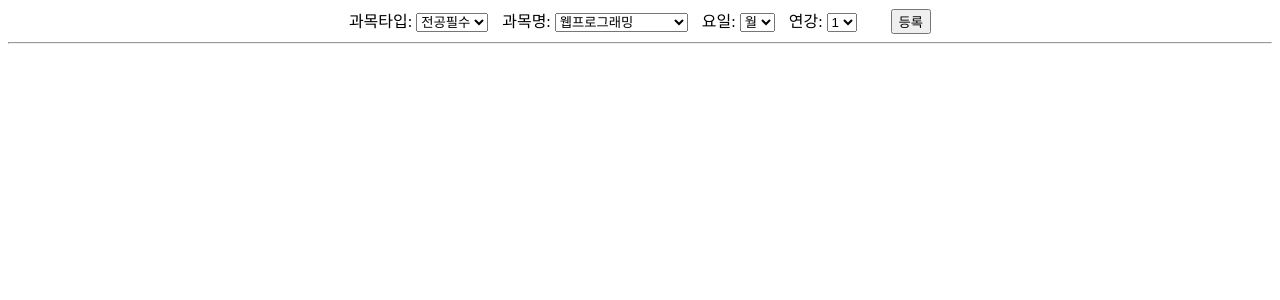
Repository: jpg723/Assignment
Page: http://localhost/LAB10/LAB10_3/LAB10_3.jsp
The author's editor kept a copy of each file at every save. The page is drawn from the files as they stood at one save, then again after the next save.
The browser window is 1280 px wide. The pictures show the whole page.
The page is served by Tomcat 9.

Above is the page before, as saved 2021-11-15 07:36:23.

### 웹프로그래밍/LAB10/src/main/webapp/LAB10_3/LAB10_3.jsp
<%@ page language="java" contentType="text/html; charset=UTF-8"
    pageEncoding="UTF-8"%>
<%@ page import="java.util.ArrayList" %>
<% request.setCharacterEncoding("UTF-8"); %>
<!DOCTYPE html>
<html>
<head>
<meta charset="UTF-8">
<title>시간표 작성</title>
</head>
<style>
	div{
		text-align:center;
	}
	ol {
		display: inline-block;
	}
	input {
		margin-left: 20px;
	}
	select {
		margin-right: 10px;
	}
</style>
<body>
<%
	String[] typeNames = {"전공필수", "전공선택", "교양", "자유선택"};
	String[] titleNames = {"웹프로그래밍", "운영체제", "객체지향프로그래밍", "데이터베이스개론", "자료구조", "네트워크", "창의와감성", "사회봉사"};
	String[] days={"월", "화", "수", "목", "금"};

	out.println("<div>");
	out.println("<form name='form1' method='POST' action='LAB10_3.jsp'>");
	out.println("과목타입: " + "<select name='lectureType'>");

	for(int i = 0; i < typeNames.length; i++)
		out.println("<option value" + i + ">" + typeNames[i] + "</option>");
	out.println("</select>");

	out.println("과목명: " + "<select name='lectureTitle'>");

	for(int i = 0; i < titleNames.length; i++)
		out.println("<option value=" + i+ ">" + titleNames[i] + "</option>");
	out.println("</select>");

	out.println("요일: " + "<select name='day'>");

	for(int i = 0; i < days.length; i++)
		out.println("<option value=" + i + ">" + days[i] + "</option>");
	out.println("</select>");

	out.println("연강: " + "<select name='consecutive'>");

	for(int i = 0; i < 4; i++)
		out.println("<option value" + (i + 1) + ">" + (i + 1) + "</option>");
	out.println("</select>");

	out.println("<input type='submit' value='등록'>");
	out.println("</form>");
	out.println("<hr>");
	out.println("</div>");

	String lectureType = request.getParameter("lectureType");
	String lectureTitle = request.getParameter("lectureTitle");
	String day = request.getParameter("day");
	String time = request.getParameter("time");
	String consecutive = request.getParameter("consecutive");

	@SuppressWarnings("unchecked")
	ArrayList<String> list = (ArrayList<String>)session.getAttribute("timetable");

	if(list == null)
		list = new ArrayList<String>();

	String str;

	if(lectureType != null && lectureTitle != null && day != null && time != null && consecutive != null){
		str = lectureType + "/" + lectureTitle + "/" + day + "/" + time + "/" + consecutive;
		list.add(str);
		session.setAttribute("timetable", list);
	}

	out.println("<div>");

	if(list != null){
		for(String t: list)
			out.println(t + "<br>");
	}
	out.println("</div>");
%>
</body>
</html>

After the next save:
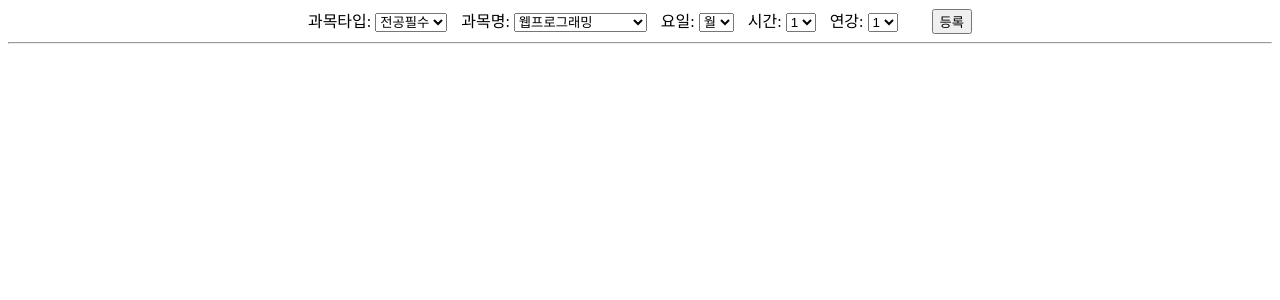
Saved 3 min 9 s later.
--- a/웹프로그래밍/LAB10/src/main/webapp/LAB10_3/LAB10_3.jsp
+++ b/웹프로그래밍/LAB10/src/main/webapp/LAB10_3/LAB10_3.jsp
@@ -48,6 +48,12 @@
 		out.println("<option value=" + i + ">" + days[i] + "</option>");
 	out.println("</select>");
 
+	out.println("시간: " + "<select name='time'>");
+
+	for(int i = 0; i < 6; i++)
+		out.println("<option value" + (i + 1) + ">" + (i + 1) + "</option>");
+	out.println("</select>");
+
 	out.println("연강: " + "<select name='consecutive'>");
 
 	for(int i = 0; i < 4; i++)
